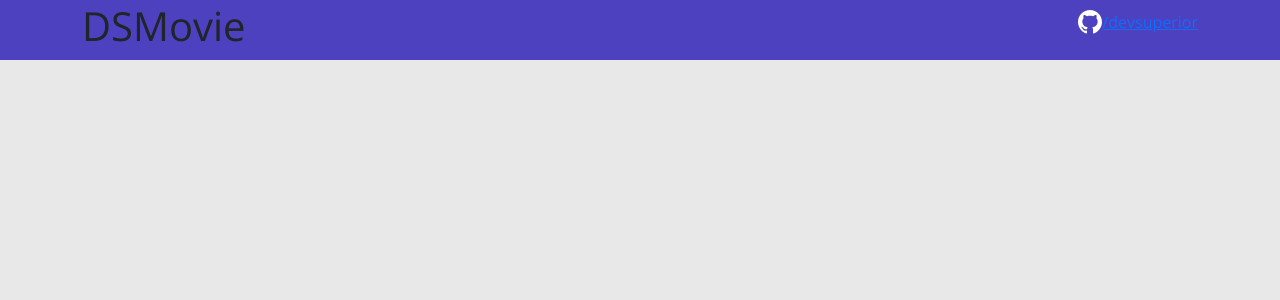
Repository: lcpsantos/dsmovie
Page: / (app in frontend/)
The author's editor kept a copy of each file at every save. The page is drawn from the files as they stood at one save, then again after the next save.
The browser window is 1280 px wide. The pictures show the whole page.
The project was rebuilt for these pictures with package versions that can differ from the ones it lists, and the page was loaded fresh each time.

Above is the page before, as saved 2022-03-12 22:03:33.

After the next save:
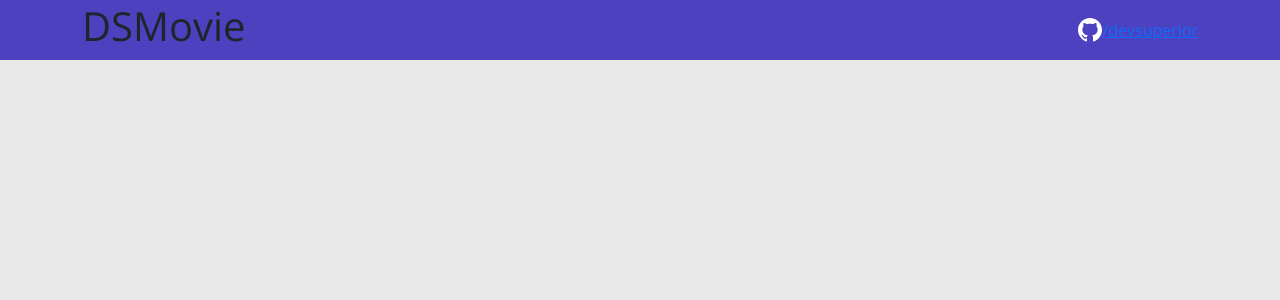
Saved 87 s later.
--- a/frontend/src/components/Navbar/index.tsx
+++ b/frontend/src/components/Navbar/index.tsx
@@ -10,7 +10,7 @@
           <a href="https://github.com/lcpsantos">
             <div className="dsmovie-contact-container">
               <GitHubIcon />
-              <p>/devsuperior</p>
+              <p className="dsmovie-contact-link">/devsuperior</p>
             </div>
           </a>
         </div>
--- a/frontend/src/components/Navbar/styles.css
+++ b/frontend/src/components/Navbar/styles.css
@@ -14,3 +14,7 @@
 .dsmovie-contact-container {
   display: flex;
 }
+
+.dsmovie-contact-link {
+  margin: 0;
+}
